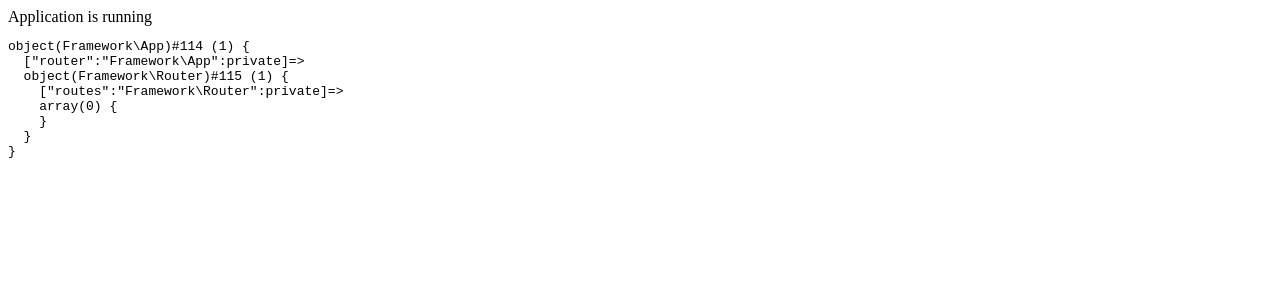
Repository: Conjet/PHPiggy
Page: http://localhost/about
The author's editor kept a copy of each file at every save. The page is drawn from the files as they stood at one save, then again after the next save.
The browser window is 1280 px wide. The pictures show the whole page.
The page is run by PHP 8.4 with error messages shown; the project is at /var/www/html/.

Above is the page before, as saved 2023-08-29 23:33:29.

### public/index.php
<?php

include __DIR__."/../src/App/functions.php";

$app = include __DIR__.'/../src/App/bootstrap.php';

$app->run();

dd($app);

### src/App/functions.php
<?php

declare (strict_types=1);

function dd(mixed $value){
    echo '<pre>';
    var_dump($value);
    echo '</pre>';
    die();
}

### src/App/bootstrap.php
<?php

declare(strict_types=1);

require __DIR__.'/../../vendor/autoload.php';

use Framework\App;

$app = new App();

return $app;

### src/Framework/App.php
<?php

declare(strict_types=1);

namespace Framework;

class App {

    private Router $router;

    public function __construct()
    {
        $this->router = new Router();
    }

    public function run()
    {
        echo 'Application is running';
    }

    public function add(string $path)
    {
        $this->router->add($path);
    }
}

### src/Framework/Router.php
<?php

declare (strict_types=1);

namespace Framework;

class Router
{
    private array $routes = [];

    public function add(string $path) {
        $this->routes[] = [
            'path' => $path
        ];
    }
}

After the next save:
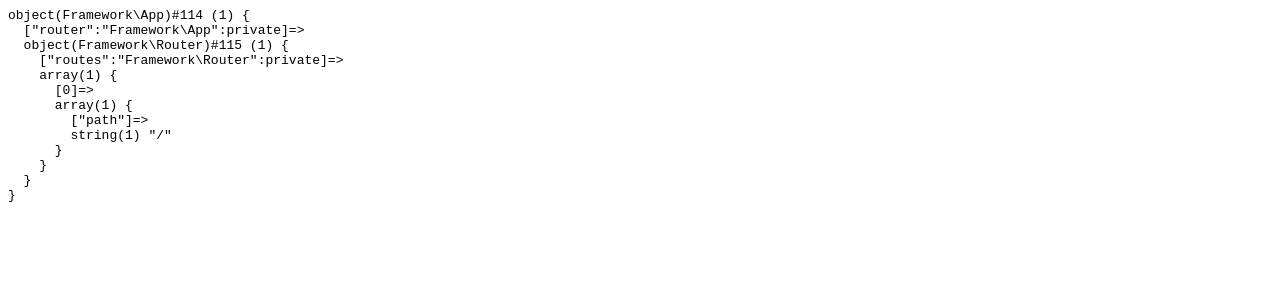
Saved 42 s later.
--- a/src/App/bootstrap.php
+++ b/src/App/bootstrap.php
@@ -8,4 +8,8 @@ use Framework\App;
 
 $app = new App();
 
+$app->add('/');
+
+dd($app);
+
 return $app;
